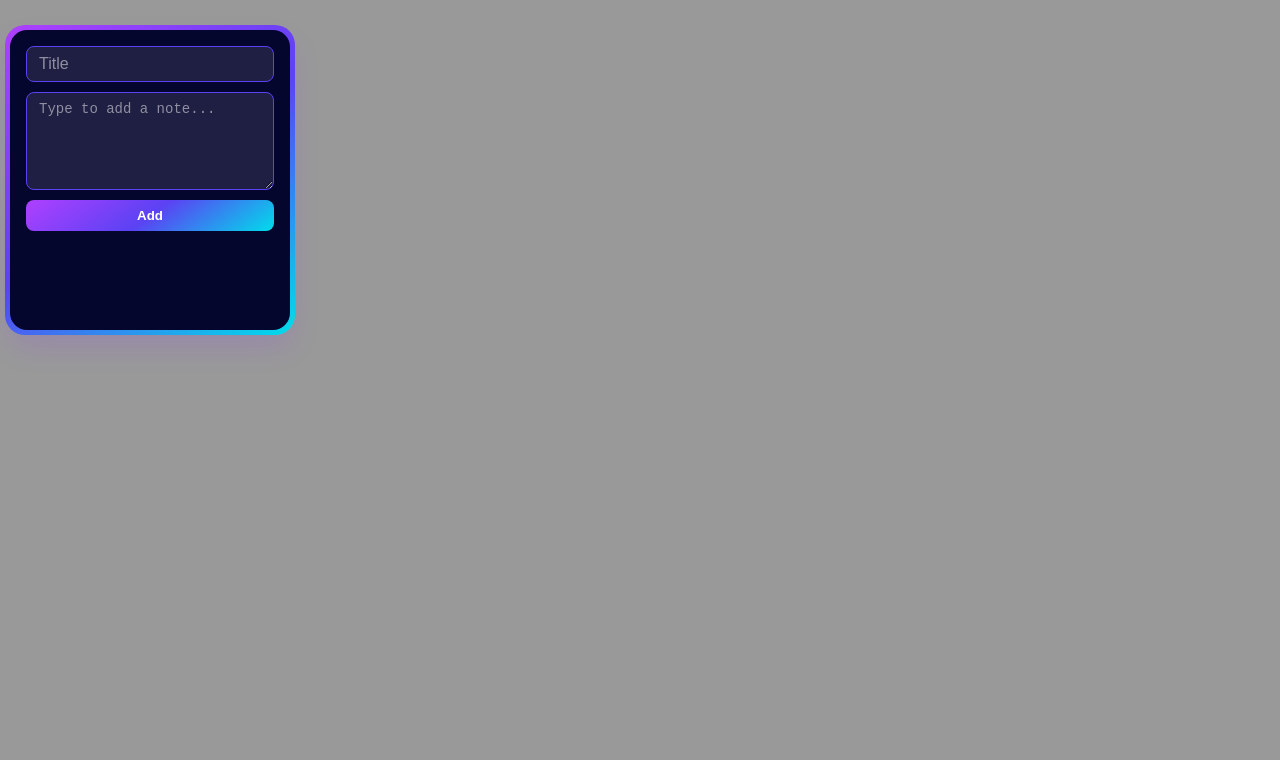
Repository: AJANI2005/Notes-App
Page: /
An editor plug-in stored every save of this project. The page is shown before and after the next save, followed by the edit.
The browser window is 1280 px wide. The pictures show the whole page.
The project was rebuilt for these pictures with package versions that can differ from the ones it lists, and the page was loaded fresh each time. Also part of the build but not shown: vite.config.ts, src/App.css, src/style/dialogbox.css, src/DialogBox.tsx.

Above is the page before, as saved 2025-07-31 18:47:52.

After the next save:
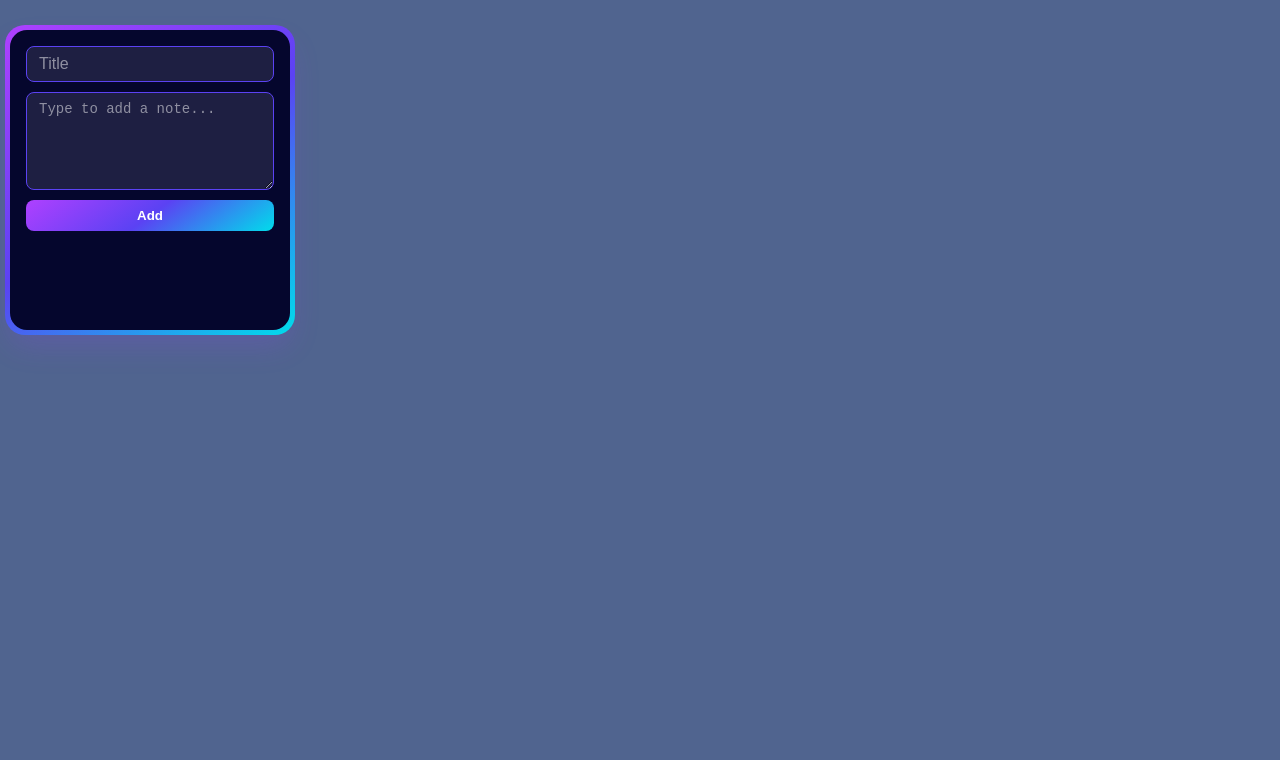
Saved 18 s later.
--- a/src/index.css
+++ b/src/index.css
@@ -11,6 +11,6 @@ body {
     font-family: 'Inter', sans-serif;
     min-height: 100vh;
     padding: 20px 0;
-    background-color: #999;
+    background-color: #50648f;
     color: white;
 }
